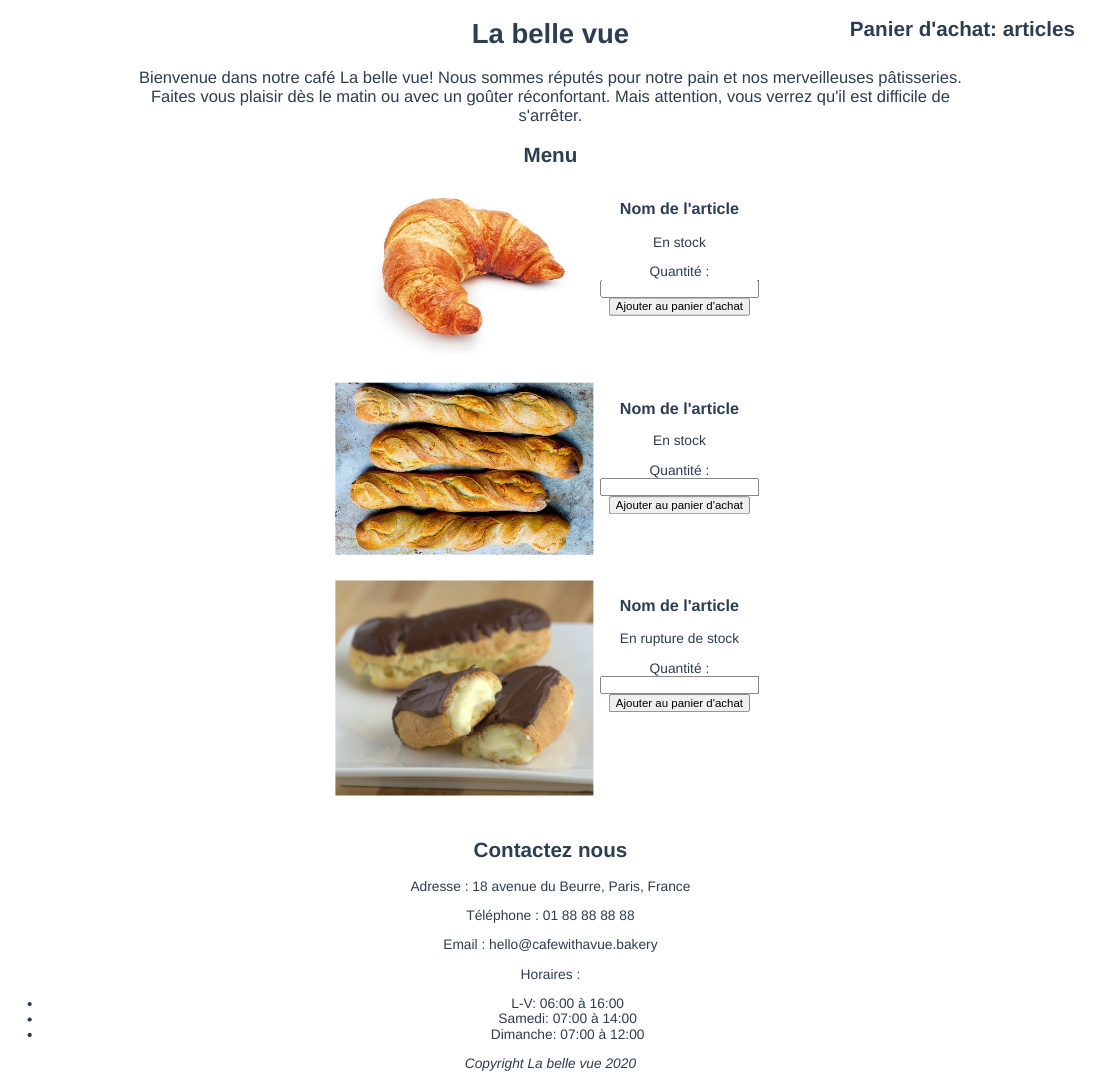
Repository: arione15/OC-tuto_cafe-avec-vue_Vue.js
Page: Partie 1 Créez votre première app Vue.js/Vue-fr-P1C4-Begin/cafe-with-a-vue/index.html
The author's editor kept a copy of each file at every save. The page is drawn from the files as they stood at one save, then again after a run of saves.
The browser window is 1280 px wide. The pictures show the whole page, at 86% of full size.

Above is the page before, as saved 2021-09-06 16:37:50.

### Partie 1 Créez votre première app Vue.js/Vue-fr-P1C4-Begin/cafe-with-a-vue/index.html
<!DOCTYPE html>
<html lang="en">

<head>
	<meta charset="UTF-8" />
	<meta name="viewport" content="width=device-width, initial-scale=1.0" />
	<meta http-equiv="X-UA-Compatible" content="ie=edge" />
	<link rel="stylesheet" href="./styles.css" />
	<title>Cafe with a Vue</title>
</head>

<body>
	<div id="app" class="app">
		<h1>{{ restaurantName }}</h1>
		<p class="description">
			Bienvenue dans notre café {{ restaurantName }}! Nous sommes réputés pour
			notre pain et nos merveilleuses pâtisseries. Faites vous plaisir dès le
			matin ou avec un goûter réconfortant. Mais attention, vous verrez qu'il
			est difficile de s'arrêter.
		</p>

		<section class="menu">
			<h2>Menu</h2>
			<div v-for="item of simpleMenu" class="menu-item">
				<img
					class="menu-item__image"
					:src="item.image.source"
					:alt="item.image.alt"
				/>
				<div>
					<h3>Nom de l'article</h3>
					<p v-if="item.inStock">En stock</p>
					<p v-else>En rupture de stock</p>
					<div>
						<label for="add-item-quantity">Quantité :</label>
						<input v-model="item.quantity" id="add-item-quantity" type="number" />
						<button @click="addToShoppingCart()">Ajouter au panier d'achat</button>
					</div>
				</div>
			</div>
		</section>

		<aside class="shopping-cart">
			<h2>Panier d'achat: {{ nombre }} articles</h2>
		</aside>

		<h2>Contactez nous</h2>
		<p>Adresse : {{ address }}</p>
		<p>Téléphone : {{ phone }}</p>
		<p>Email : {{ email }}</p>
		<p>Horaires :</p>
		<ul>
			<li>L-V: 06:00 à 16:00</li>
			<li>Samedi: 07:00 à 14:00</li>
			<li>Dimanche: 07:00 à 12:00</li>
		</ul>

		<footer class="footer">
			<p>Copyright {{ restaurantName }} 2020</p>
		</footer>
	</div>

	<script src="https://cdn.jsdelivr.net/npm/vue/dist/vue.js"></script>
	<script>
		const app = new Vue({
			el: "#app",
			data: {
				address: "18 avenue du Beurre, Paris, France",
				email: "hello@cafewithavue.bakery",
				phone: "01 88 88 88 88",
				restaurantName: "La belle vue",
				simpleMenu: [
					{
						name: "Croissant",
						image: {
							source: "./images/croissant.jpg",
							alt: "Un croissant"
						},
						inStock: true,
						quantity: ''
					},
					{
						name: "Baguette de pain",
						image: {
							source: "./images/french-baguette.jpeg",
							alt: "Quatre baguettes de pain"
						},
						inStock: true,
						quantity: ''
					},
					{
						name: "Éclair",
						image: {
							source: "./images/eclair.jpg",
							alt: "Éclair au chocolat"
						},
						inStock: false,
						quantity: ''
					}
				]
			},
			computed: {
				copyright() {
					const currentYear = new Date().getFullYear();
					return `Copyright ${this.restaurantName} ${currentYear}`;
				}
			},
			methods: {
				addToShoppingCart(){
					return this.quantity;
				}
			}
		})
	</script>
</body>

</html>

### Partie 1 Créez votre première app Vue.js/Vue-fr-P1C4-Begin/cafe-with-a-vue/styles.css
.app {
  font-family: 'Avenir', Helvetica, Arial, sans-serif;
  -webkit-font-smoothing: antialiased;
  -moz-osx-font-smoothing: grayscale;
  text-align: center;
  color: #2c3e50;
}

.description {
  max-width: 960px;
  font-size: 1.2rem;
  margin: 0 auto;
}

.footer {
  text-align: center;
  font-style: italic;
}

.menu {
  display: flex;
  flex-direction: column;
  justify-content: center;
  align-items: center;
}

.menu-item {
  display: flex;
  width: 500px;
  justify-content: space-between;
  margin-bottom: 30px;
}

.menu-item__image {
  max-width: 300px;
}

.shopping-cart {
  position: absolute;
  right: 30px;
  top: 0;
}

After the next 2 saves:
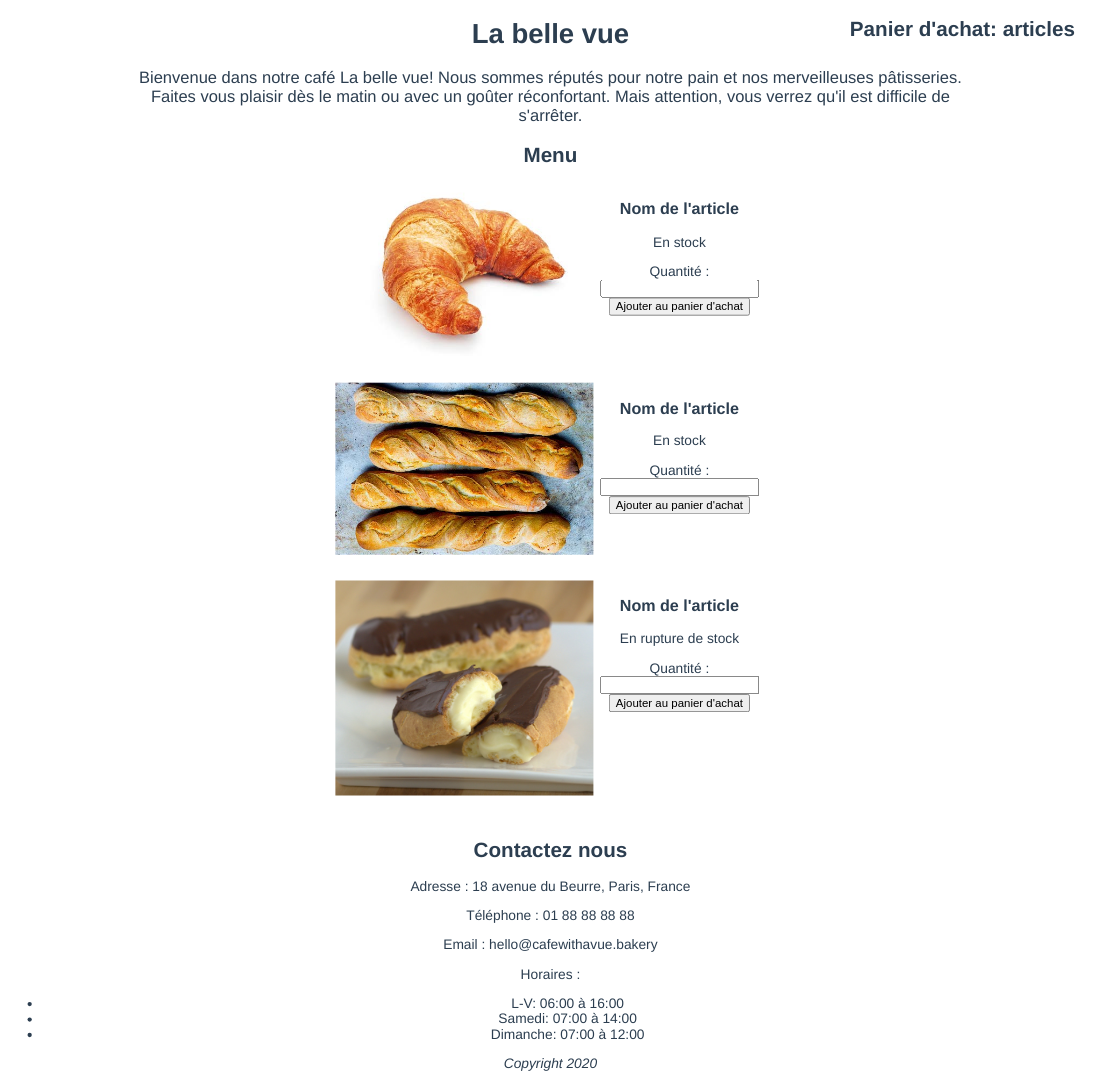
The 2 saves are shown as one change because they came seconds apart.
The last was saved 43 s later.
--- a/Partie 1 Créez votre première app Vue.js/Vue-fr-P1C4-Begin/cafe-with-a-vue/index.html
+++ b/Partie 1 Créez votre première app Vue.js/Vue-fr-P1C4-Begin/cafe-with-a-vue/index.html
@@ -56,7 +56,7 @@
 		</ul>
 
 		<footer class="footer">
-			<p>Copyright {{ restaurantName }} 2020</p>
+			<p>Copyright {{ addToShoppingCart() }} 2020</p>
 		</footer>
 	</div>
 
